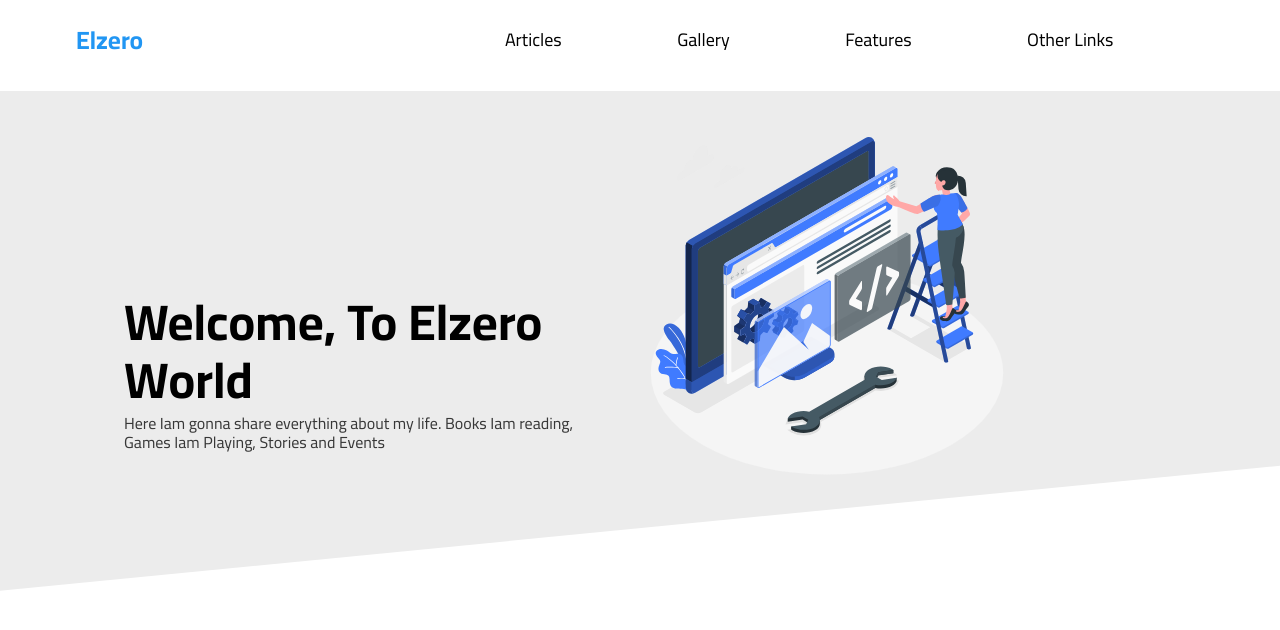
Repository: Toqa-25/elzeroAcdemey-Templete
Page: index.html
These files come from the project's save history. The page is drawn as it stood at one moment and after the next save; the edit follows.
The browser window is 1280 px wide. The pictures show the whole page.

Above is the page before, as saved 2022-01-16 21:43:39.

After the next save:
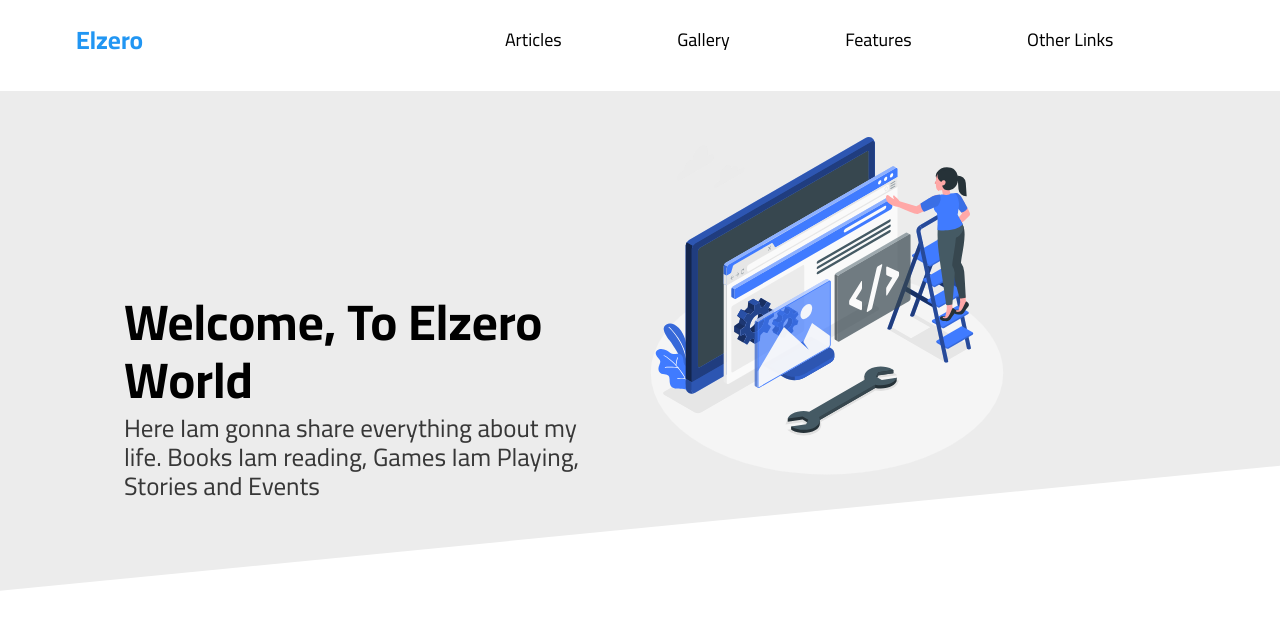
Saved 4 s later.
--- a/css/style.css
+++ b/css/style.css
@@ -280,7 +280,7 @@ nav{
 }
 .welcome-content-info-text{
     color:rgba(0, 0, 0, 0.77);
-    font-size: 25;
+    font-size: 25px;
 }
 .welcome-content-img{
     width:50%
